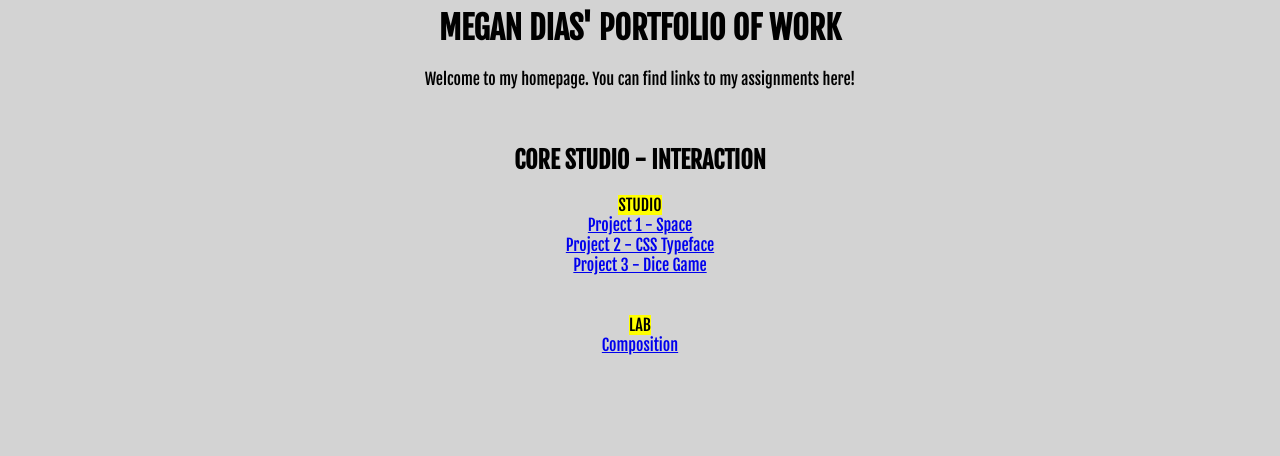
Repository: diasm568/diasm568.github.io
Page: index.html
The author's editor kept a record of every edit. The page is drawn from the files as they stood at one moment, then again after the next edit.
The browser window is 1280 px wide. The pictures show the whole page.

Above is the page before.

After the next edit:
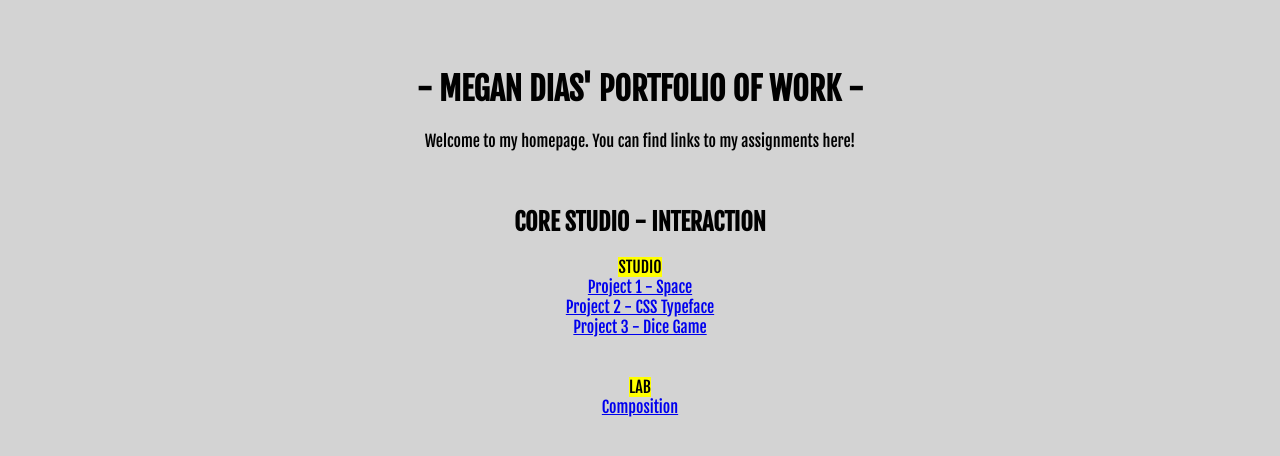
The edit:
--- a/index.html
+++ b/index.html
@@ -4,7 +4,9 @@
 <div style="font-family: 'Fjalla One'">
 <link href='http://fonts.googleapis.com/css?family=Fjalla+One' rel='stylesheet' type='text/css'>
 
-    <span style="text-transform: uppercase"><h1>Megan Dias' Portfolio of Work</h1></span>
+    <br>
+    <br>
+    <span style="text-transform: uppercase"><h1>- Megan Dias' Portfolio of Work -</h1></span>
     <p>Welcome to my homepage. You can find links to my assignments here!</p>
     <br>
 
